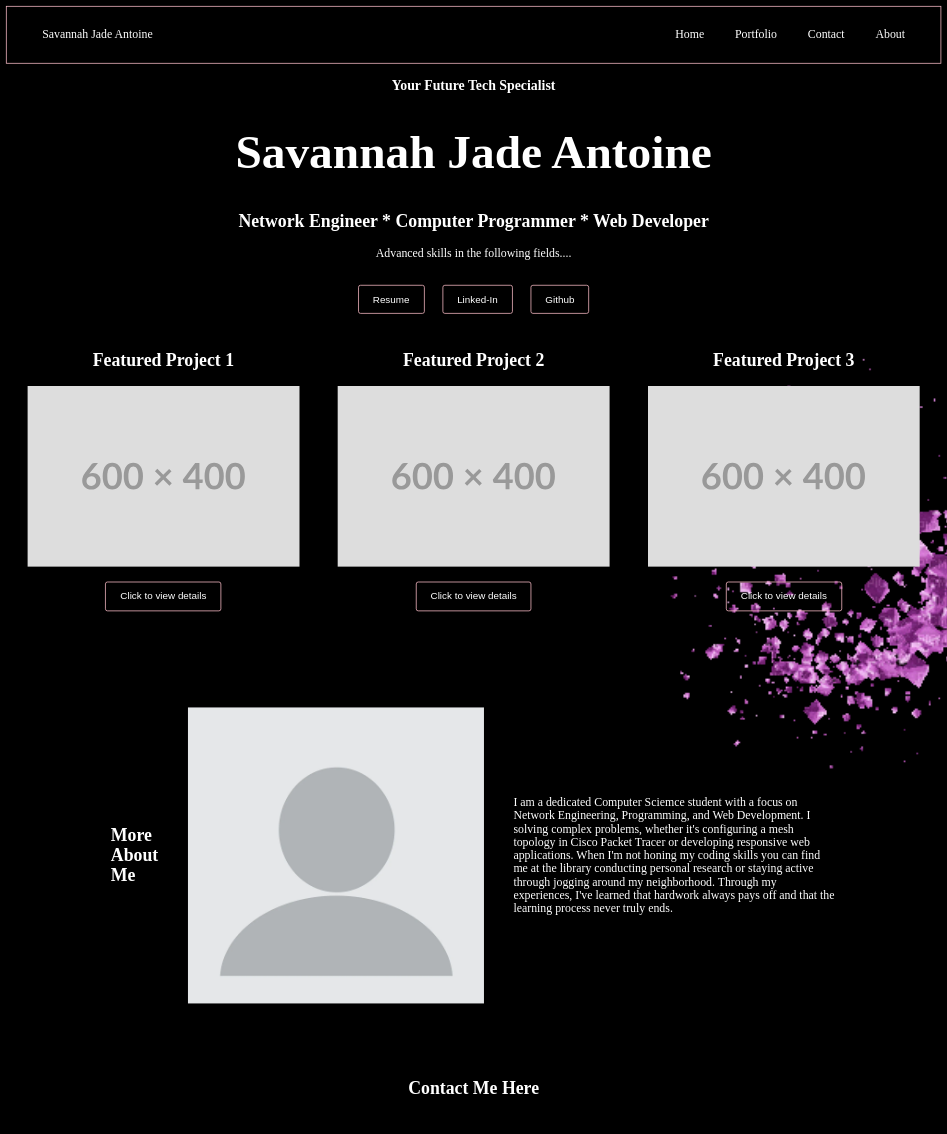
Repository: Savannah-Antoine/Savannah-Antoine
Page: index.html
These files come from the project's save history. The page is drawn as it stood at one moment and after the next save; the edit follows.
The browser window is 1280 px wide. The pictures show the whole page, at 74% of full size.

Above is the page before, as saved 2026-05-15 13:34:05.

After the next save:
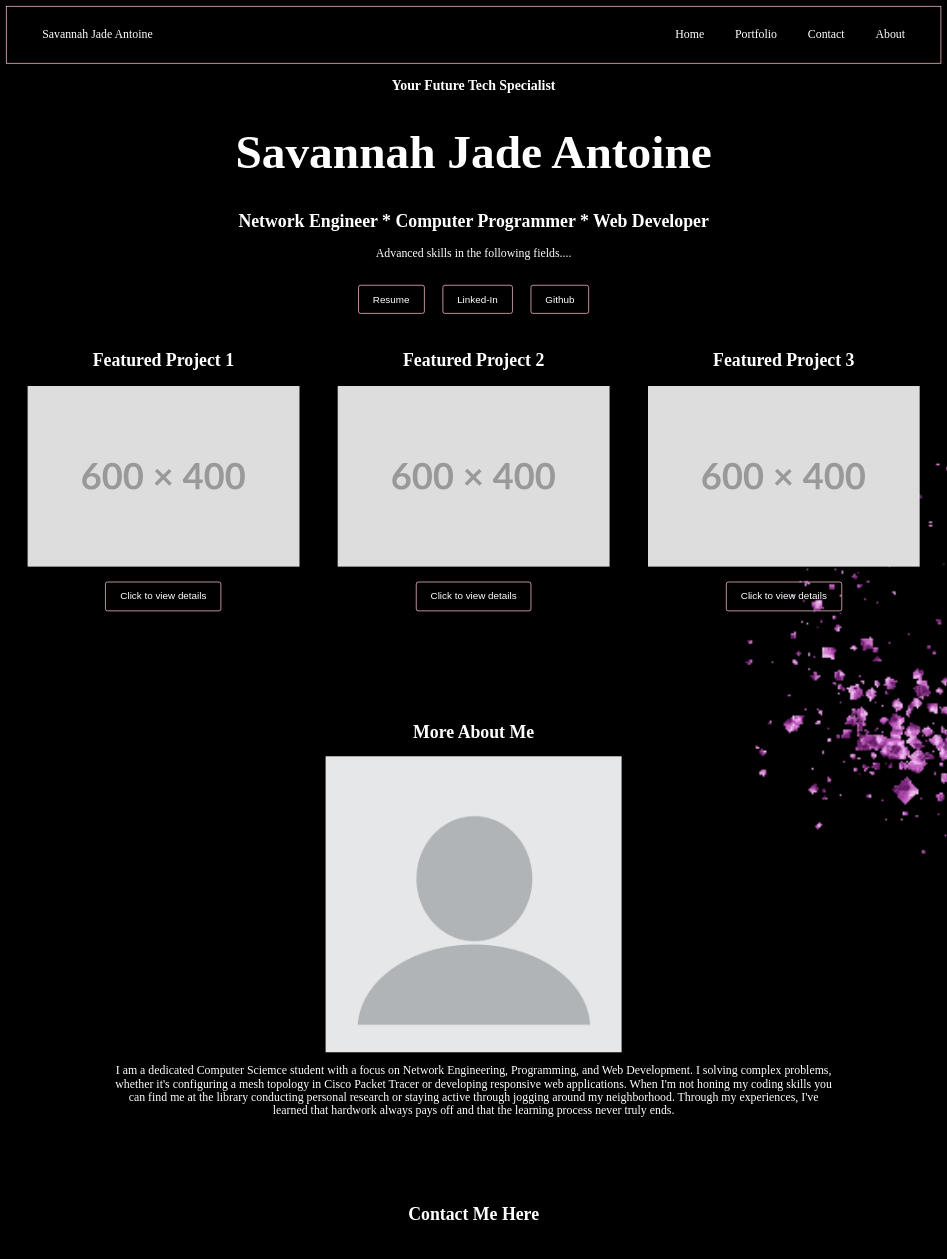
Saved 97 s later.
--- a/styles/index.css
+++ b/styles/index.css
@@ -8,12 +8,11 @@
 }
 #AboutMe{
     display: flex;
-    flex-direction: row;      /* Side-by-side */
+    flex-direction: column;      /* Side-by-side */
     align-items: center;       /* Vertically centers image and text */
     justify-content: center;   /* Horizontally centers the whole group */
-    gap: 40px;                 /* Space between image and text */
     padding: 50px 10%;         /* Breathing room on the sides */
-    text-align: left;
+    text-align: center;
 }
 
 
